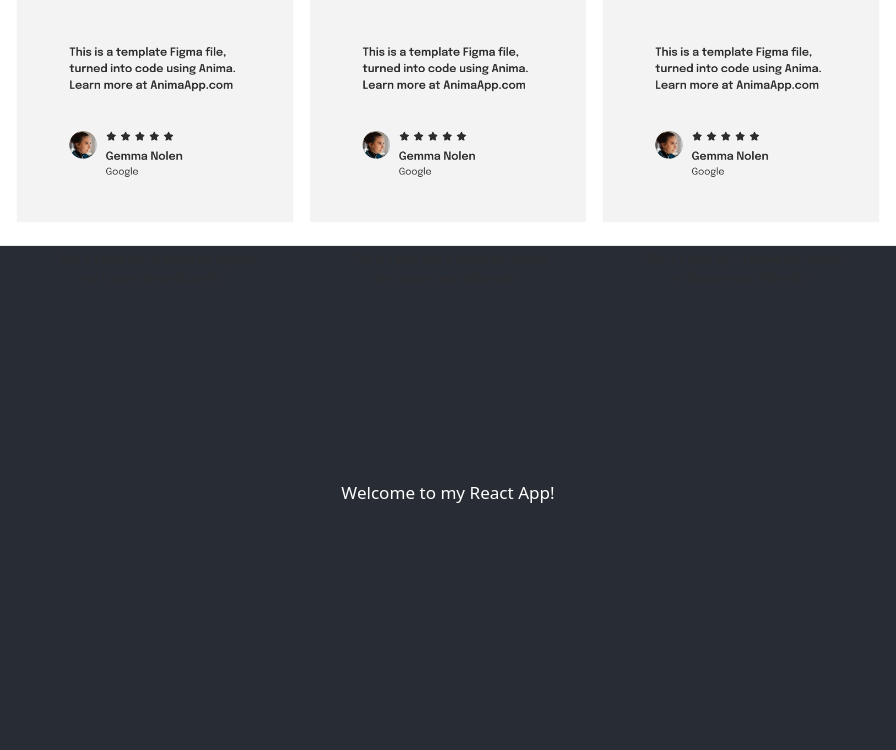
Repository: nida463/project-portofolio
Page: /
These files come from the project's save history. The page is drawn as it stood at one moment and after the next save; the edit follows.
The browser window is 1280 px wide. The pictures show the part of the page from y = 2616 to 4536 px (the page is 3687 px tall before and 4539 px after), at 70% of full size.
The project was rebuilt for these pictures with package versions that can differ from the ones it lists, and the page was loaded fresh each time. Also part of the build but not shown: src/Components/Contact.css, src/Components/Contact.js.

Above is the page before, as saved 2024-09-18 11:18:42.

After the next save:
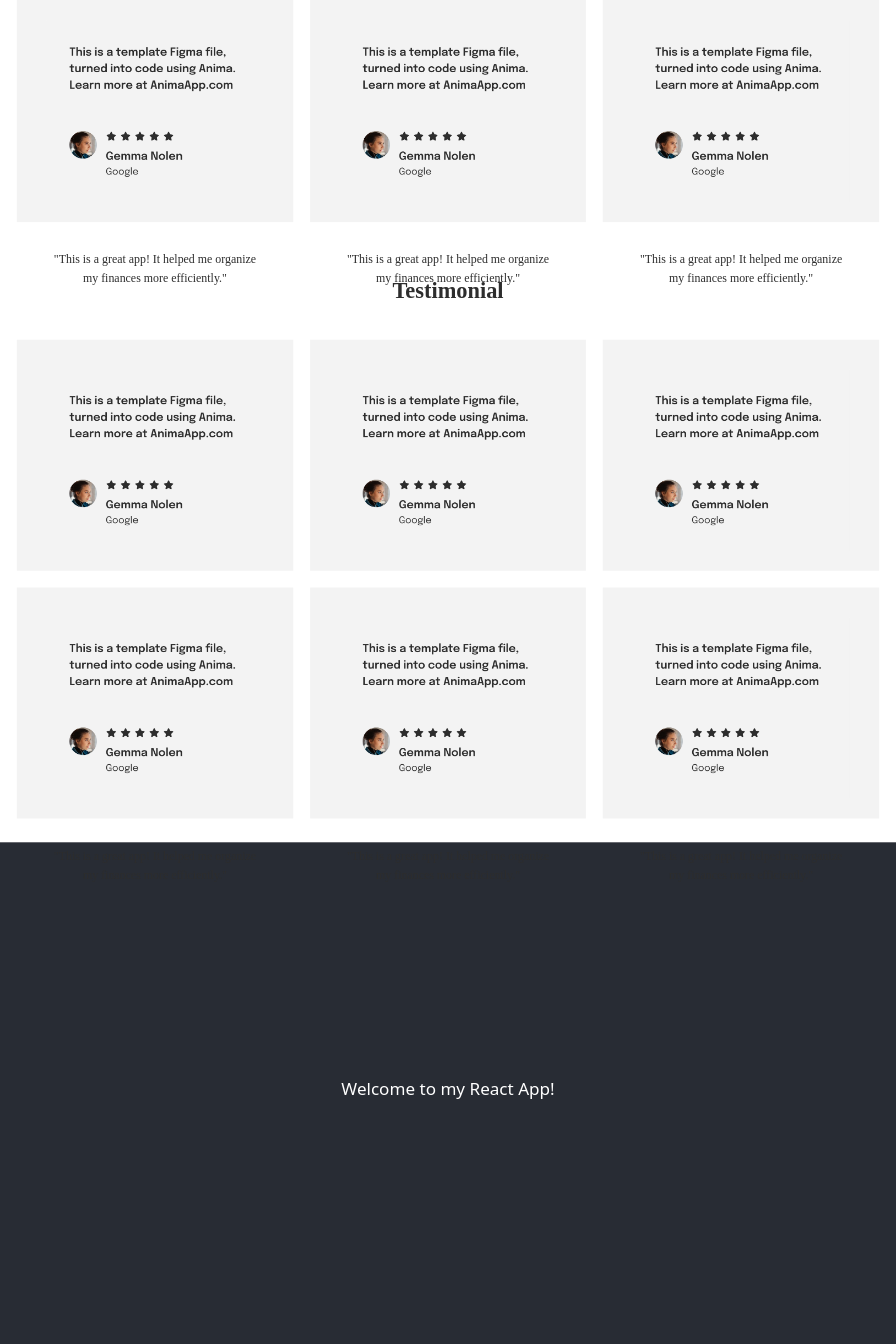
Saved 22 s later.
--- a/src/App.js
+++ b/src/App.js
@@ -17,6 +17,7 @@
       <Skills />  {/* Panggil komponen Skills */}
       <Gallery />  {/* Tambahkan komponen Gallery */}
       <Testimonial /> {/* Tambahkan Testimonial di bawah gallery */}
+      <Testimonial /> {/* Tambahkan Testimonial di bawah gallery */}
 
       <header className="App-header">
         <p>
